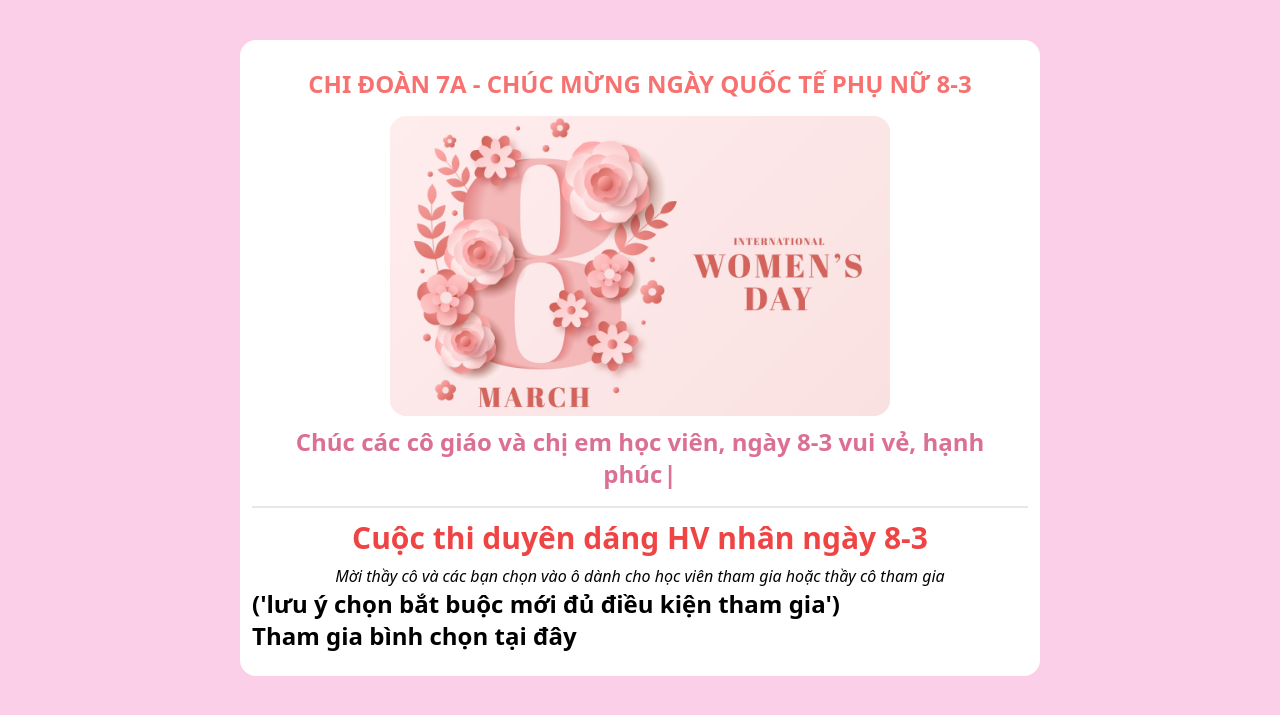
Repository: hoang0508/web-837A
Page: /
These files come from the project's save history. The page is drawn as it stood at one moment and after the next save; the edit follows.
The browser window is 1280 px wide. The pictures show the whole page.
Some web fonts or font styles are not loaded; a fallback is used. The project was rebuilt for these pictures with package versions that can differ from the ones it lists, and the page was loaded fresh each time. Also part of the build but not shown: vite.config.js.

Above is the page before, as saved 2025-02-28 19:26:39.

### index.html
<!DOCTYPE html>
<html lang="en">
  <head>
    <meta charset="UTF-8" />
    <link rel="icon" type="image/svg+xml" href="/vite.svg" />
    <meta name="viewport" content="width=device-width, initial-scale=1.0" />
    <link rel="preconnect" href="https://fonts.googleapis.com" />
    <link rel="preconnect" href="https://fonts.gstatic.com" crossorigin />
    <link
      href="https://fonts.googleapis.com/css2?family=Bai+Jamjuree:ital,wght@0,200;0,300;0,400;0,500;0,600;0,700;1,200;1,300;1,400;1,500;1,600;1,700&family=Montserrat:ital,wght@0,100..900;1,100..900&display=swap"
      rel="stylesheet"
    />
    <title>Vite + React</title>
  </head>
  <body>
    <div id="root"></div>
    <script type="module" src="/src/main.jsx"></script>
  </body>
</html>

### src/index.css
@import url("https://fonts.googleapis.com/css2?family=Bai+Jamjuree:ital,wght@0,200;0,300;0,400;0,500;0,600;0,700;1,200;1,300;1,400;1,500;1,600;1,700&family=Montserrat:ital,wght@0,100..900;1,100..900&display=swap");
@tailwind base;
@tailwind components;
@tailwind utilities;
*,
*:before,
*:after {
  box-sizing: border-box;
}

img,
picture,
svg,
video {
  display: block;
  max-width: 100%;
}
input,
select,
textarea {
  background-color: transparent;
  outline: none;
}
button {
  cursor: pointer;
  background-color: transparent;
  outline: none;
  border: 0;
}
body {
  min-height: 100vh;
  font-weight: 400;
  font-size: 16px;
  line-height: 1;
}

.Typewriter {
  margin: 10px;
  color: palevioletred;
  text-align: center;
  height: 70px;
}

### src/App.jsx
import { useState } from "react";
import reactLogo from "./assets/react.svg";
import anh83 from "./assets/anh832.png";
import Typewriter from "typewriter-effect";

import "./index.css";

function App() {
  const [count, setCount] = useState(0);

  return (
    <>
      <div className="text-2xl font-bold  bg-pink-200 min-h-screen p-10">
        <div className="bg-white shadow-3xl p-3 w-[800px]  my-0 mx-auto rounded-2xl">
          <h1 className="text-center text-red-400 p-4 uppercase">
            Chi đoàn 7A - CHÚC MỪNG NGÀY QUỐC TẾ PHỤ NỮ 8-3
          </h1>
          <div className="mx-auto w-[500px] h-[300px]">
            <img
              src={anh83}
              alt="##"
              className="w-full h-full object-cover rounded-2xl"
            />
          </div>
          <div className="border-b-2 border-gray-200">
            <Typewriter
              options={{
                strings: [
                  `${"Chúc các cô giáo và chị em học viên, ngày 8-3 vui vẻ, hạnh phúc, luôn mạnh khỏe và thành công! 🌸💐❤️❤️❤️💰"}`,
                ],
                delay: 75,
                autoStart: true,
                loop: true,
              }}
            />
          </div>
          <div className="my-3">
            <h3 className="text-center font-bold text-red-500 mb-2 text-3xl">
              Cuộc thi duyên dáng HV nhân ngày 8-3
            </h3>
            <p className="text-center italic text-base font-light">
              Mời thầy cô và các bạn chọn vào ô dành cho học viên tham gia hoặc
              thầy cô tham gia
            </p>
            <span>('lưu ý chọn bắt buộc mới đủ điều kiện tham gia')</span>
            <button>Tham gia bình chọn tại đây</button>
          </div>
        </div>
      </div>
    </>
  );
}

export default App;

### tailwind.config.js
/** @type {import('tailwindcss').Config} */
export default {
  content: ["./index.html", "./src/**/*.{js,ts,jsx,tsx}"],
  theme: {
    extend: {
      keyframes: {
        typing: {
          "0%": {
            width: "0%",
            visibility: "hidden",
          },
          "100%": {
            width: "100%",
          },
        },
        blink: {
          "50%": {
            borderColor: "transparent",
          },
          "100%": {
            borderColor: "white",
          },
        },
      },
      animation: {
        typing: "typing 5s steps(40) infinite alternate, blink .10s infinite",
      },
    },
  },
  plugins: [],
};

Loaded but not shown: src/main.jsx (common file)

After the next save:
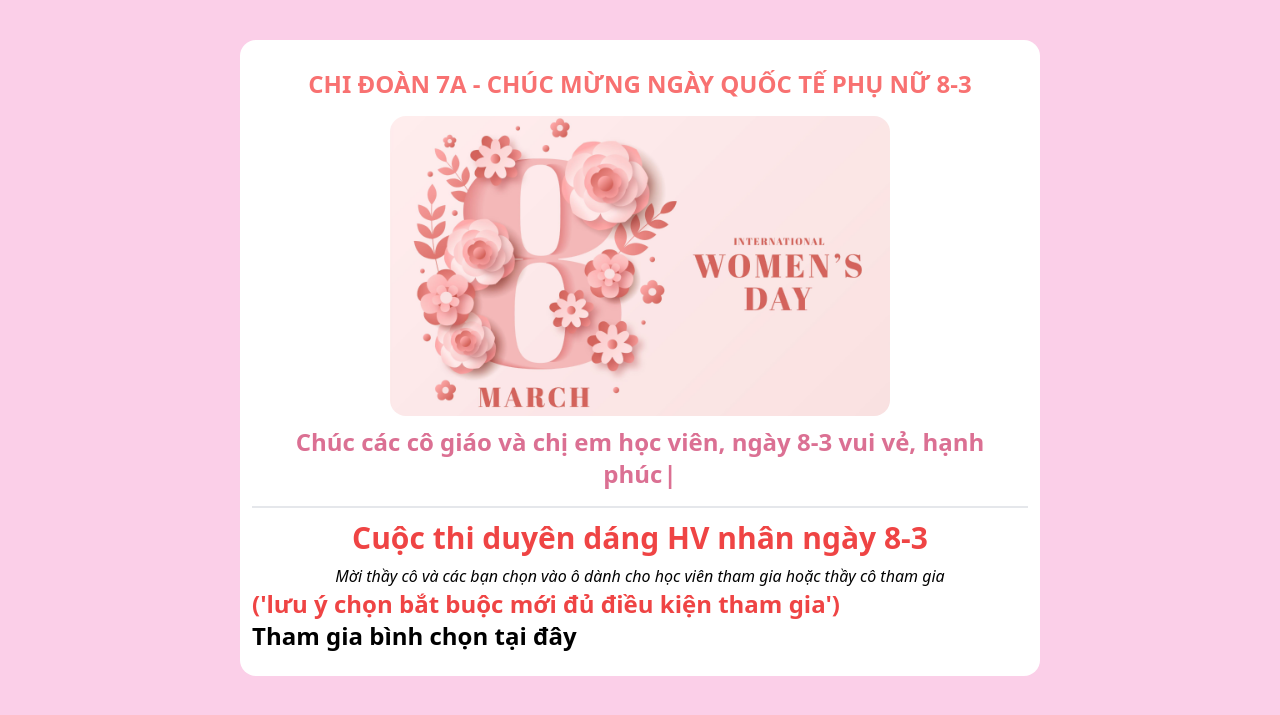
Saved 19 s later.
--- a/src/App.jsx
+++ b/src/App.jsx
@@ -42,7 +42,9 @@ function App() {
               Mời thầy cô và các bạn chọn vào ô dành cho học viên tham gia hoặc
               thầy cô tham gia
             </p>
-            <span>('lưu ý chọn bắt buộc mới đủ điều kiện tham gia')</span>
+            <span className="text-center text-red-500">
+              ('lưu ý chọn bắt buộc mới đủ điều kiện tham gia')
+            </span>
             <button>Tham gia bình chọn tại đây</button>
           </div>
         </div>
